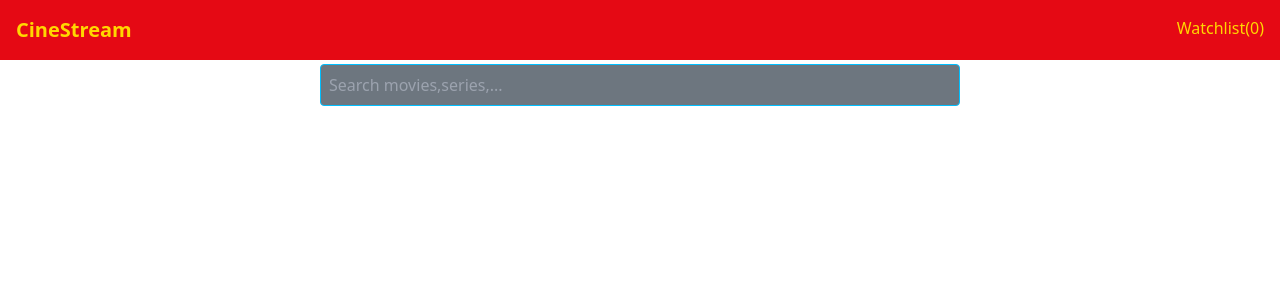
Repository: Reshmashameem31/Cine-Stream
Page: / (app in movie-project/)
An editor plug-in stored every save of this project. The page is shown before and after the next save, followed by the edit.
The browser window is 1280 px wide. The pictures show the whole page.
The project was rebuilt for these pictures with package versions that can differ from the ones it lists, and the page was loaded fresh each time. Also part of the build but not shown: movie-project/vite.config.js, movie-project/src/pages/WatchList.jsx.

Above is the page before, as saved 2025-08-15 17:42:02.

After the next save:
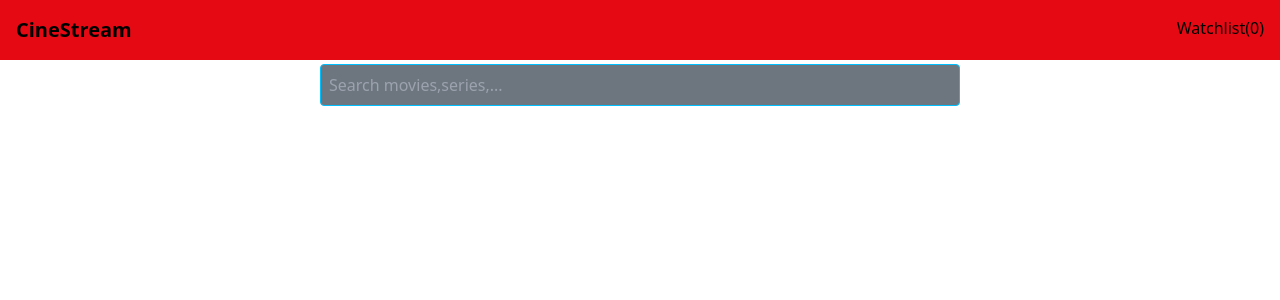
Saved 6 s later.
--- a/movie-project/src/pages/Navbar.jsx
+++ b/movie-project/src/pages/Navbar.jsx
@@ -3,7 +3,7 @@ import { Link } from 'react-router-dom'
 
 const Navbar = () => {
   return (
-    <nav className='p-4 bg-[#E50914] text-[#FFD700]  flex justify-between fixed w-full top-0'>
+    <nav className='p-4 bg-[#E50914] text-[#FF]  flex justify-between fixed w-full top-0'>
       <Link to="/" className='font-bold text-xl hover:text-[#00E5FF] '>CineStream</Link>
       <Link to="/watchlist" className='text-l hover:text-[#00E5FF]'>Watchlist(0)</Link>
     </nav>
